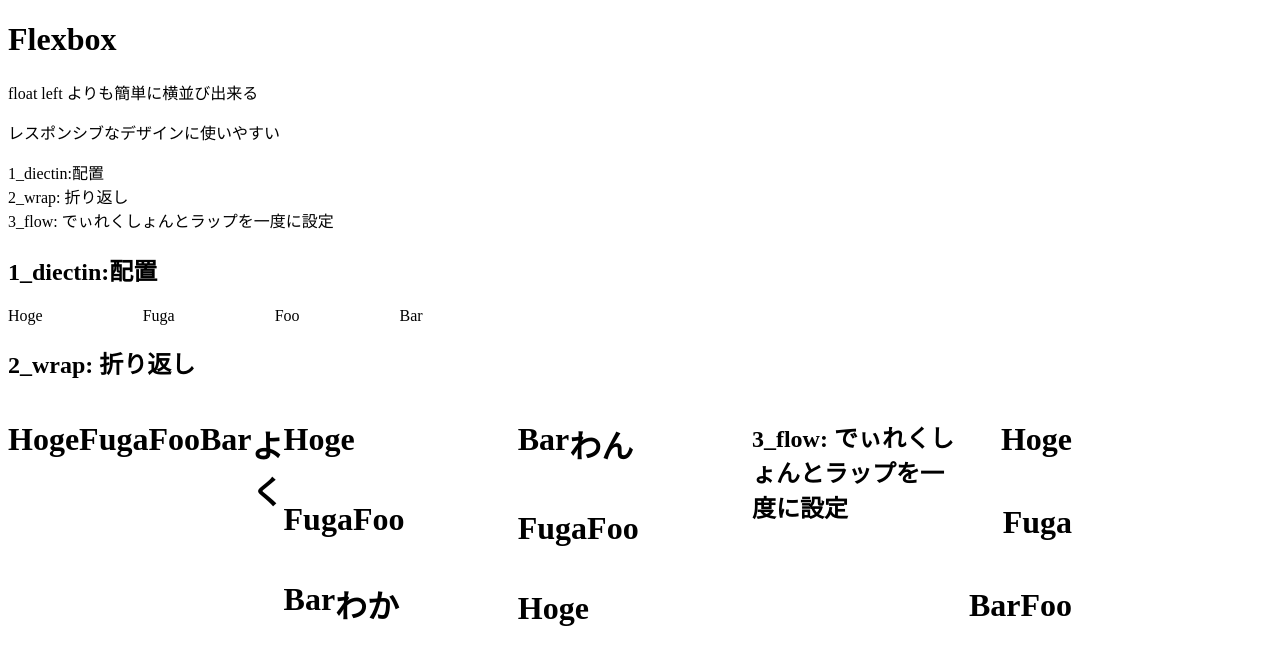
Repository: YokoInoue-u/samurai_HTML-CSS
Page: chap14.html
The author's editor kept a record of every edit. The page is drawn from the files as they stood at one moment, then again after the next edit.
The browser window is 1280 px wide. The pictures show the whole page.

Above is the page before.

After the next edit:
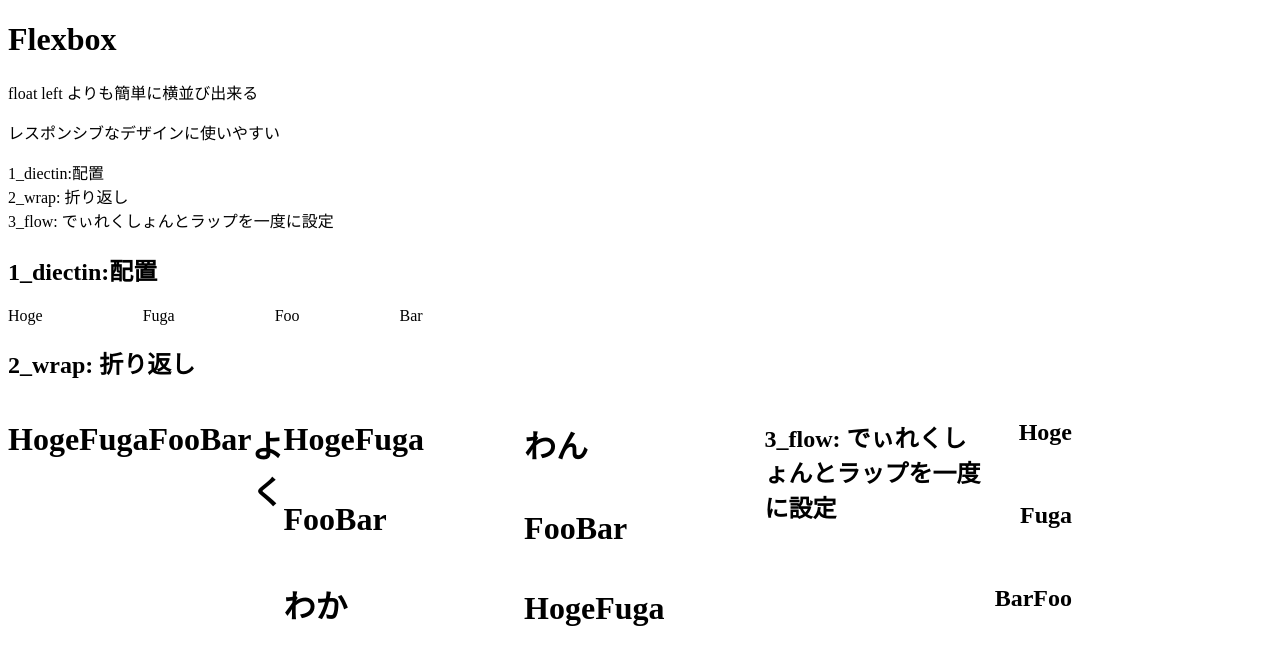
The edit:
--- a/chap14.html
+++ b/chap14.html
@@ -79,10 +79,10 @@
         </div>
     <h2>3_flow: でぃれくしょんとラップを一度に設定</h2>
         <div id="flex-flow">
-            <h1>Hoge</h1>
-            <h1>Fuga</h1>
-            <h1>Foo</h1>
-            <h1>Bar</h1>
+            <h2>Hoge</h2>
+            <h2>Fuga</h2>
+            <h2>Foo</h2>
+            <h2>Bar</h2>
         </div>
 </body>
 </html>
